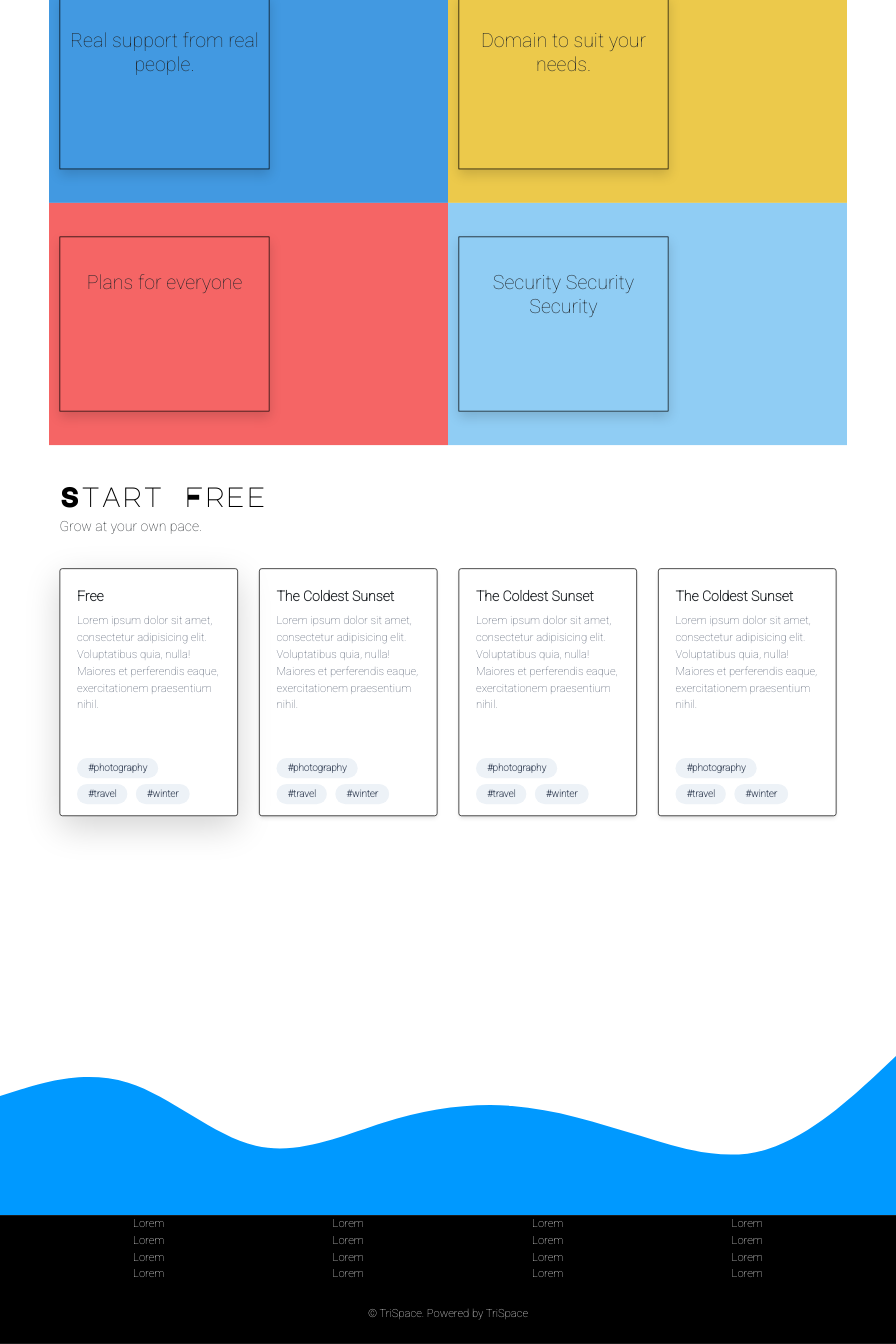
Repository: latenightsnacc/TriSpace
Page: home.html
The author's editor kept a copy of each file at every save. The page is drawn from the files as they stood at one save, then again after the next save.
The browser window is 1280 px wide. The pictures show the part of the page from y = 3437 to 5357 px (the page is 5357 px tall), at 70% of full size.
The style sheet was rebuilt from its Sass, Less or Tailwind sources for each picture, by a compiler version that may differ from the author's.

Above is the page before, as saved 2020-11-20 10:26:19.

After the next save:
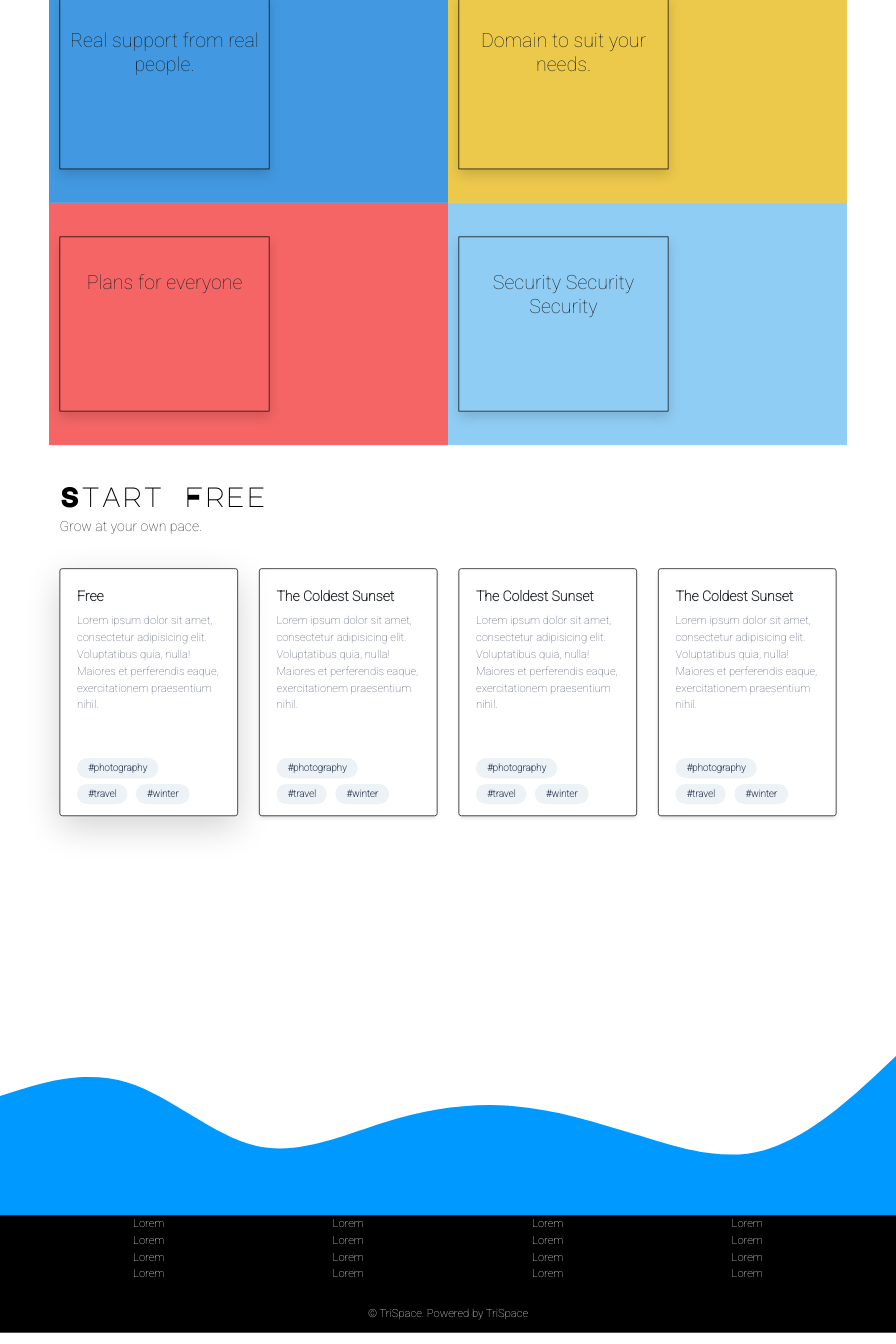
Saved 27 s later.
--- a/styles/stylesheet.scss
+++ b/styles/stylesheet.scss
@@ -174,5 +174,5 @@ img.banner-img {
 }
 .footer {
     width: 100%;
-    position: absolute;
+    height: 100%;
 }
